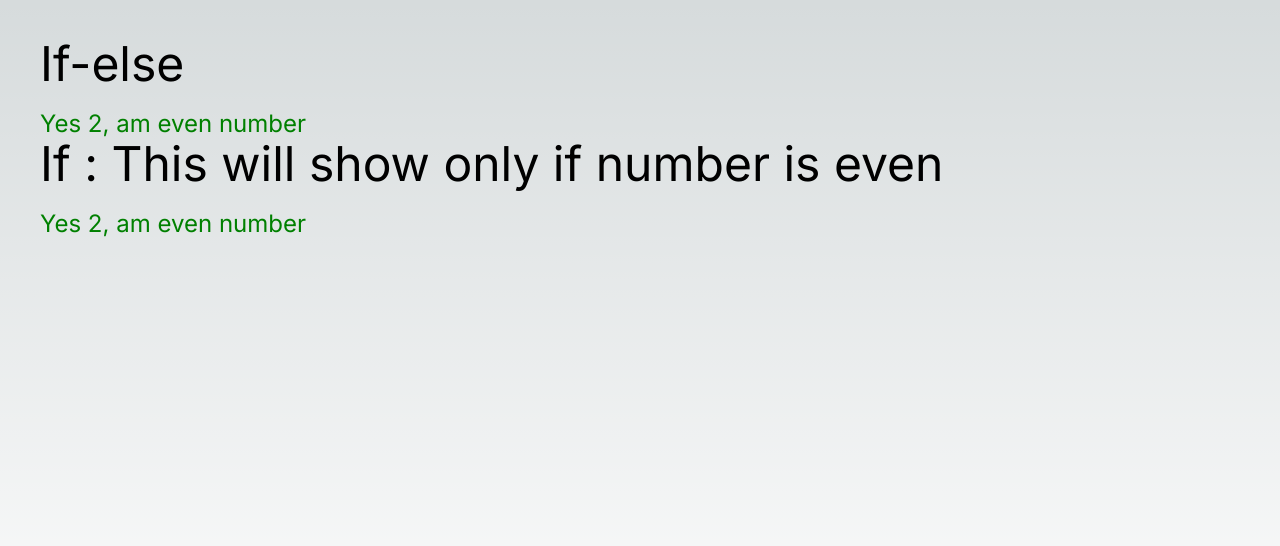
Repository: chapeee/learnNextBella
Page: / (app in basicconcepts/)
The author's editor kept a copy of each file at every save. The page is drawn from the files as they stood at one save, then again after the next save.
The browser window is 1280 px wide. The pictures show the whole page.
The project was rebuilt for these pictures with package versions that can differ from the ones it lists, and the page was loaded fresh each time. The framework's server and built-in components were replaced by stand-ins that run in the browser. Also part of the build but not shown: basicconcepts/next.config.mjs.

Above is the page before, as saved 2024-03-22 21:02:24.

After the next save:
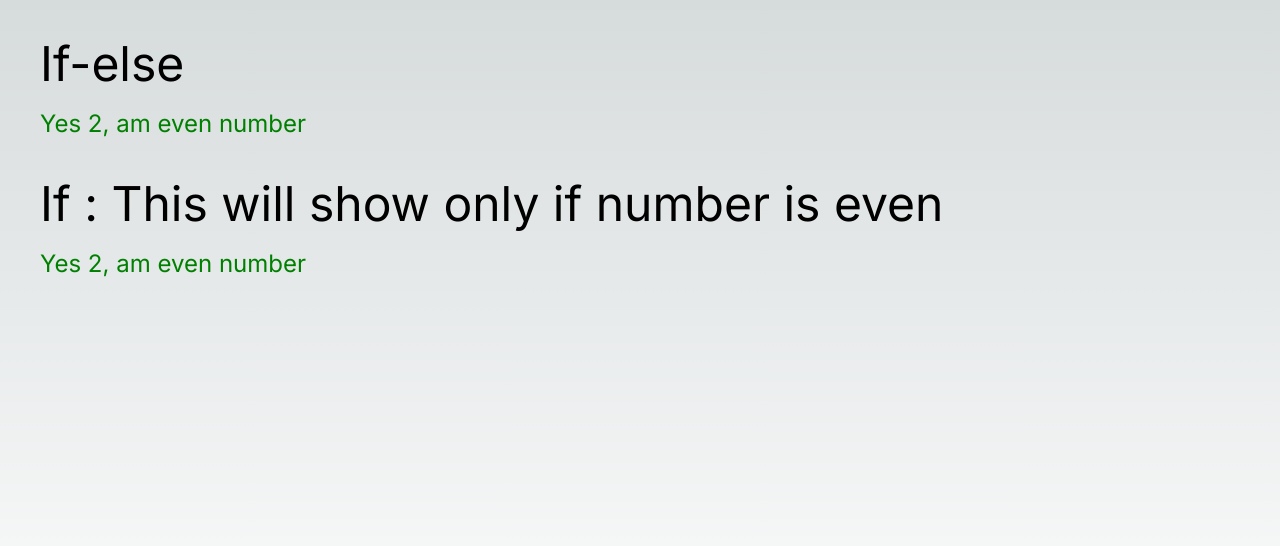
Saved 15 s later.
--- a/basicconcepts/src/app/Components/ConditionRendering.tsx
+++ b/basicconcepts/src/app/Components/ConditionRendering.tsx
@@ -35,7 +35,8 @@ export default function ConditionRendering() {
                 }
             </div>
 
-            <h1 className="text-5xl">If : This will show only if number is even</h1>
+<div className="mt-10">
+<h1 className="text-5xl">If : This will show only if number is even</h1>
             <div className="mt-5">
                 {
                     //checking condition (if)
@@ -45,6 +46,8 @@ export default function ConditionRendering() {
 
                 }
             </div>
+</div>
+
 
 
         </div>
